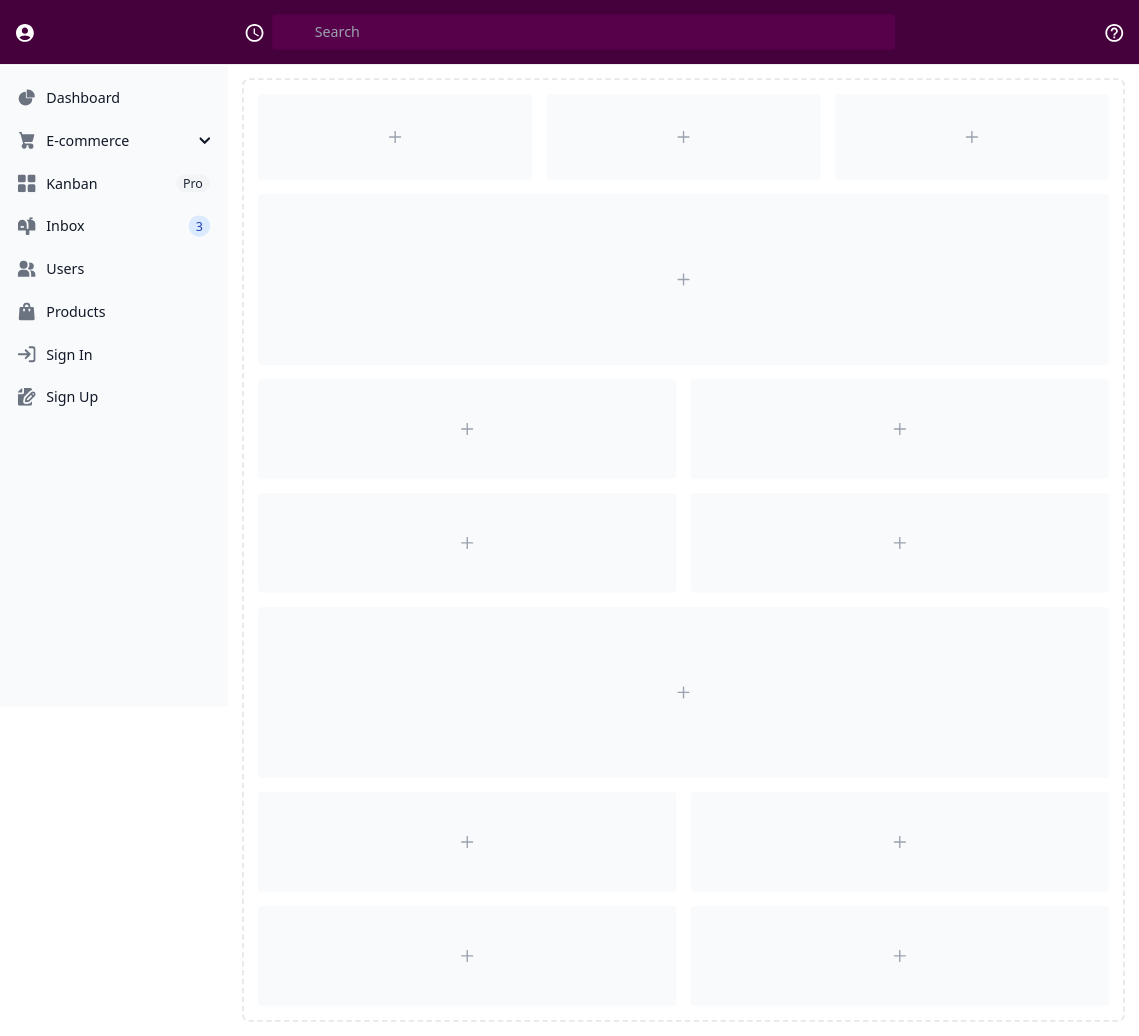
Repository: Shamraiz761/Slack_clone
Page: /
An editor plug-in stored every save of this project. The page is shown before and after the next save, followed by the edit.
The browser window is 1280 px wide. The pictures show the whole page, at 89% of full size.
The project was rebuilt for these pictures with package versions that can differ from the ones it lists, and the page was loaded fresh each time. Also part of the build but not shown: vite.config.js.

Above is the page before, as saved 2024-01-14 18:49:11.

After the next save:
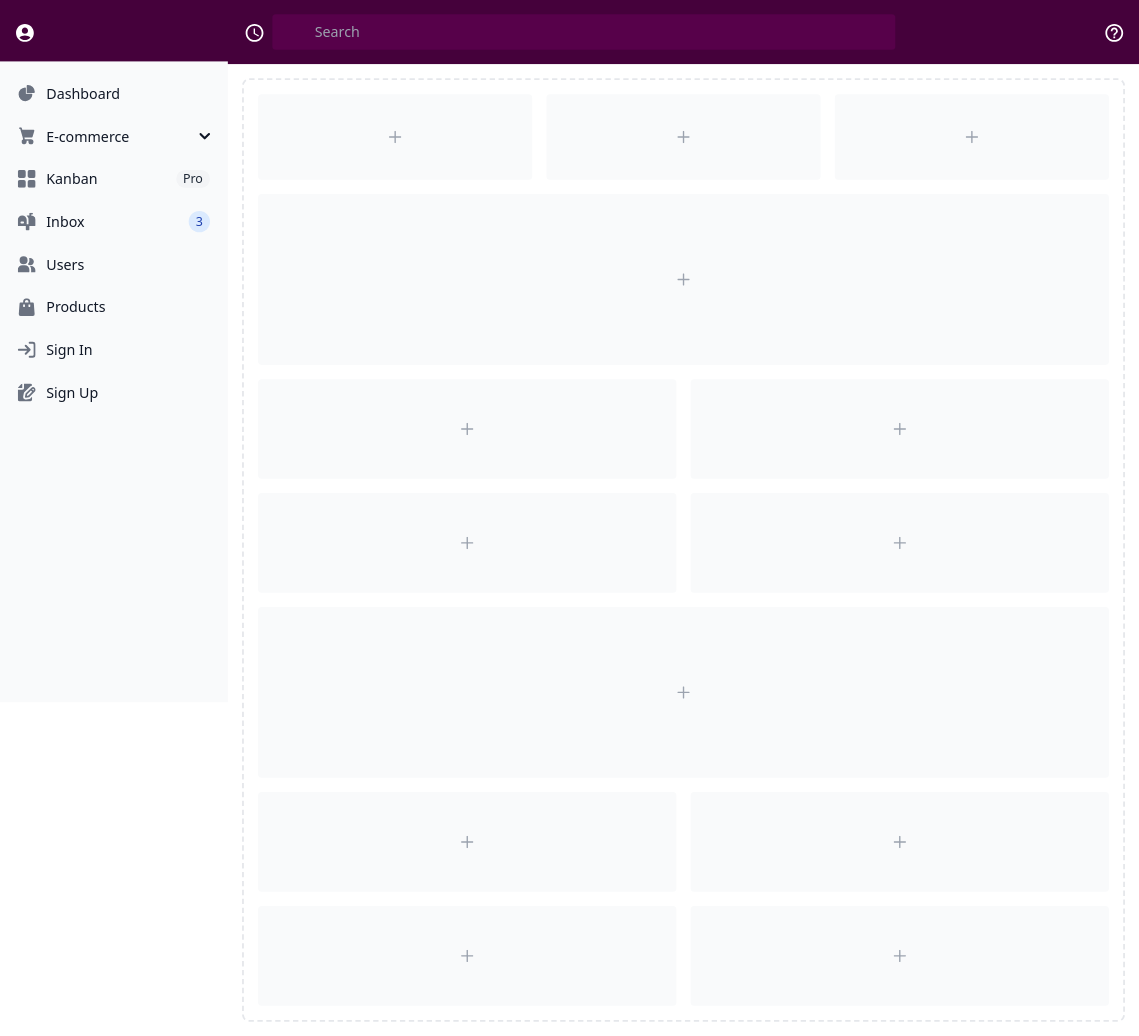
Saved 10 s later.
--- a/src/components/sidebar/Sidebar.jsx
+++ b/src/components/sidebar/Sidebar.jsx
@@ -28,7 +28,7 @@ function Sidebar() {
 
       <aside
         id="sidebar-multi-level-sidebar"
-        className="absolute top-full left-0 mt-[-1090px] w-64 h-screen transition-transform -translate-x-full sm:translate-x-0"
+        className="absolute top-full left-0 mt-[-1095px] w-64 h-screen transition-transform -translate-x-full sm:translate-x-0"
         aria-label="Sidebar"
       >
         <div className="h-full px-3 py-4 overflow-y-auto bg-gray-50 dark:bg-gray-800">
